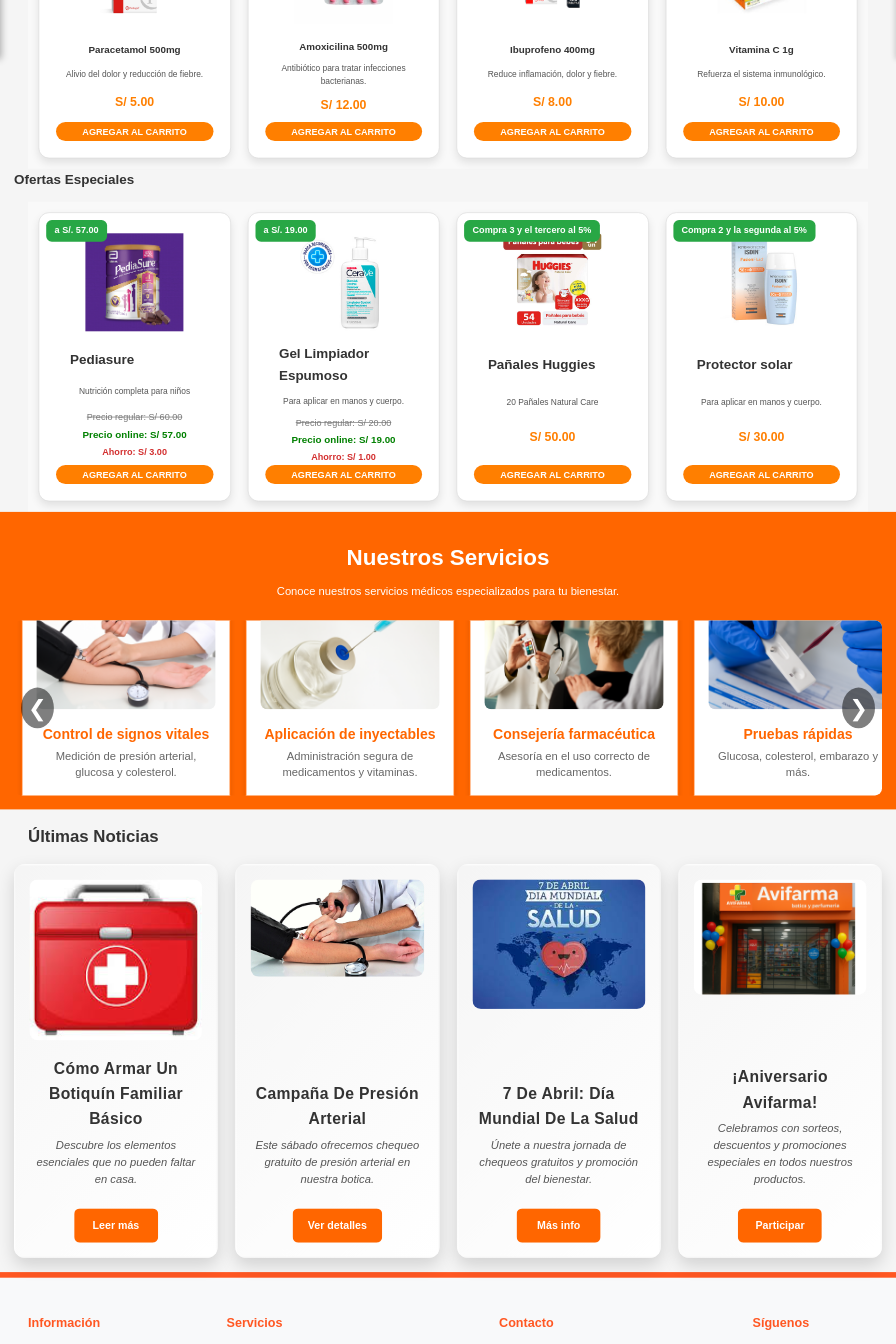
Repository: AVH75/avifarma-tienda
Page: index.html
An editor plug-in stored every save of this project. The page is shown before and after the next save, followed by the edit.
The browser window is 1280 px wide. The pictures show the part of the page from y = 635 to 2555 px (the page is 2798 px tall before and 2866 px after), at 70% of full size.

Above is the page before, as saved 2025-09-27 22:29:05.

### index.html
<!DOCTYPE html>
<html lang="es">

<head>
  <meta charset="UTF-8">
  <meta name="viewport" content="width=device-width, initial-scale=1.0">
  <title>Avifarma | Boticas y Farmacias - Salud y Bienestar</title>

  <!-- =========================
       SEO BÁSICO
  ========================= -->
  <meta name="description" content="Avifarma - Tu salud primero, siempre cerca de ti. Productos, servicios médicos y ofertas especiales.">
  <meta name="keywords" content="Avifarma, farmacia, botica, medicamentos, salud, productos farmacéuticos, Perú">
  <meta name="author" content="Bytsac.com">

  <!-- Favicon -->
  <link rel="icon" type="image/png" href="img/logo/favicon.png">

  <!-- Open Graph -->
  <meta property="og:title" content="Avifarma | Tu salud primero">
  <meta property="og:description" content="Descubre productos, servicios médicos y ofertas especiales en Avifarma.">
  <meta property="og:image" content="img/logo/Logo.png">
  <meta property="og:url" content="https://avifarma.com">
  <meta property="og:type" content="website">

  <!-- Twitter Card -->
  <meta name="twitter:card" content="summary_large_image">
  <meta name="twitter:title" content="Avifarma | Tu salud primero">
  <meta name="twitter:description" content="Descubre productos, servicios médicos y ofertas especiales en Avifarma.">
  <meta name="twitter:image" content="img/logo/Logo.png">

  <!-- Schema.org JSON-LD -->
  <script type="application/ld+json">
    {
      "@context": "https://schema.org",
      "@type": "Pharmacy",
      "name": "Avifarma",
      "image": "https://avifarma.com/img/logo/Logo.png",
      "url": "https://avifarma.com",
      "address": {
        "@type": "PostalAddress",
        "addressLocality": "Trujillo",
        "addressCountry": "PE"
      },
      "contactPoint": {
        "@type": "ContactPoint",
        "telephone": "+51 920165696",
        "contactType": "customer service"
      }
    }
  </script>

  <!-- =========================
       ARCHIVOS CSS
  ========================= -->
  <link rel="stylesheet" href="css/style.css?v=1.8">
</head>

<body>
  <!-- =========================
       🔹 FRANJA SUPERIOR (Marquee con promos)
  ========================= -->
  <div class="promo-bar" role="banner">
    <div class="marquee" aria-label="Promociones destacadas">
      <span> Desarrollamos tu paguina Web. contactanos en bytsac.com</span>
      <span>📦 Envíos gratis en compras mayores a S/ 99</span>
      <span>💊 Promoción válida hasta el 14 de septiembre</span>
    </div>
  </div>

  <div class="separador"></div>

  <!-- =========================
       🔹 TOP-BAR (COLOR NARANJA)
  ========================= -->
  <div id="top-bar" class="top-bar" style="height: 50px;">
    <!-- Contenedor vacío para mantener la franja visible -->
  </div>

  <div class="separator"></div>

  <!-- =========================
       🔹 HEADER PRINCIPAL
  ========================= -->

  <header class="header sticky" role="banner">
    <div class="main-header">

      <!-- 🔸 Menú hamburguesa y logo -->
      <div class="logo-menu-container">
        <!-- 🔸 Menú hamburguesa (izquierda) -->
        <button class="menu-toggle" id="menu-toggle" aria-label="Abrir menú de navegación" aria-controls="nav" aria-expanded="false">
          ☰
        </button>

        <!-- 🔸 Logo de Avifarma y nombre -->
        <div class="logo">
          <a href="index.html">
            <img src="img/logo/logo.jpeg" alt="Avifarma Logo" width="50" height="50" loading="lazy">
          </a>
          <h1>Avifarma</h1>
        </div>
      </div>

      <!-- 🔸 Buscador centrado -->
      <div class="buscador-container">
        <form role="search" class="search" action="buscar.html" method="get">
          <label for="buscador" class="sr-only"></label>
          <input type="search" name="q" id="buscador" placeholder="Buscar productos..." aria-label="Buscar productos">
          <button type="submit" aria-label="Buscar">🔍</button>
        </form>
      </div>

      <!-- 🔸 Acciones (Login y Carrito) -->
      <div class="acciones-header">
        <!-- Ingresar -->
        <a href="login.html">
          <img src="img/logo/login.png" alt="Imagen de inicio de sesión" style="width:50px;height:50px;">
        </a>

        <!-- Carrito -->
        <a href="#" id="abrir-carrito" class="carrito-icono" aria-label="Abrir carrito de compras">
          <img src="img/logo/carrito.png" alt="Carrito de compras" class="icono-img" width="32" height="32" loading="lazy">
          <span id="contador-carrito" class="contador">0</span>
        </a>
      </div>

    </div>
  </header>
<div id="nav" class="menu">
  <!-- Logo y nombre de la tienda -->
  <div id="logo-container">
    <img src="img/logo/logo.jpeg" alt="Avifarma Logo" id="logo">
    <h2>Avifarma</h2>
  </div>

  <!-- Botón de cerrar menú -->
  <span id="close-menu">❌</span>

  <ul>
    <li><a href="index.html">Inicio</a></li>
    <li><a href="#">Servicios</a></li>
    <li>
    <a href="#" onclick="toggleSubcategorias(event, this.closest('li'))">Categorías</a>
  <ul id="menu-categorias" style="display: none;">
    <!-- Las categorías se insertarán aquí mediante JS -->
      </ul>
    </li>
    <li><a href="#">Contacto</a></li>
  </ul>
</div>

<!-- Overlay para el menú (fondo oscuro) -->
<div id="overlay-menu"></div>

  <!-- =========================
       🔹 HERO CARRUSEL BANNERS (PROMOCIONES)
  ========================= -->
  <section class="promociones" aria-label="Banners promocionales">
    <div class="slider-container">
      <div class="slider" id="slider-banner"></div>
      <button class="prev" aria-label="Anterior">❮</button>
      <button class="next" aria-label="Siguiente">❯</button>
      <div class="dots-container" id="dots"></div>
    </div>
  </section>

  <!-- =========================
       🔹 PRODUCTOS DESTACADOS
  ========================= -->
  <main>
    <section class="productos">
      <h2 id="titulo-productos">Productos Destacados</h2>
      <div class="grid-productos" id="productos-grid"></div>
    </section>

    <aside class="ofertas" aria-label="Ofertas especiales">
      <h3 id="titulo-ofertas">Ofertas Especiales</h3>
      <p class="oferta-texto"></p>
      <div class="grid-ofertas" id="ofertas-grid"></div>
    </aside>
  </main>

  <!-- =========================
       🔹 SERVICIOS
  ========================= -->
  <section class="servicios">
    <h2 id="titulo-servicios">Nuestros Servicios</h2>
    <p>Conoce nuestros servicios médicos especializados para tu bienestar.</p>

    <div id="slider-servicios" class="slider-container">
      <div id="servicios-carousel" class="carousel-container">
        <!-- Tarjetas dinámicas -->
      </div>
      <button class="prev-servicio" aria-label="Anterior">❮</button>
      <button class="next-servicio" aria-label="Siguiente">❯</button>
      <div class="dots-servicios"></div>
    </div>
  </section>

  <!-- =========================
       🔹 NOVEDADES
  ========================= -->
  <section class="novedades">
    <h2 id="titulo-novedades">Últimas Noticias</h2>
    <div id="novedades-grid" class="grid"></div>
  </section>
<!-- =========================
       🔹 FOOTER
  ========================= -->
  <footer>
    <div class="footer-top">
      <div>
        <h3>Información</h3>
        <ul>
          <li><a href="#">Sobre nosotros</a></li>
          <li><a href="#">Políticas</a></li>
          <li><a href="#">Contacto</a></li>
        </ul>
      </div>
      <div>
        <h3>Servicios</h3>
        <ul>
          <li><a href="#">Servicios farmacéuticos</a></li>
          <li><a href="#">Distribución de medicamentos</a></li>
          <li><a href="#">Consultas farmacéuticas</a></li>
        </ul>
      </div>
      <div>
        <h3>Contacto</h3>
        <p>Email: <a href="mailto:info@avifarma.com">info@avifarma.com</a></p>
        <p>Tel: <a href="tel:+51 929 261 925">+51 929 261 925</a></p>
      </div>
      <!-- Redes Sociales -->
      <div>
        <h3>Síguenos</h3>
        <ul class="social-media">
          <li><a href="https://facebook.com/Botica Avifarma " target="_blank"><img src="img/redes/facebook.png" alt="Facebook" width="30" height="30"></a></li>
          <li><a href="https://twitter.com/avifarma" target="_blank"><img src="img/redes/twitter.png" alt="Twitter" width="30" height="30"></a></li>
          <li><a href="https://instagram.com/avifarma" target="_blank"><img src="img/redes/instagram.png" alt="Instagram" width="30" height="30"></a></li>
          <li><a href="https://linkedin.com/company/avifarma" target="_blank"><img src="img/redes/linkedin.jpg" alt="LinkedIn" width="30" height="30"></a></li>
        </ul>
      </div>
    </div>
    <div class="footer-bottom">
      <p>© 2025 Avifarma. Tu botica de confianza. Desarrollado por <a href="https://bytsac.com" target="_blank" rel="noopener">Bytsac.com</a>.</p>
    </div>
  </footer>

  <div id="overlay-carrito"></div>

<!-- =========================
       🔹 SIDEBAR LATERAL (CARRITO LATERAL)
========================== -->
<div id="carrito-sidebar" class="carrito-sidebar" aria-hidden="true">
  <div class="carrito-header">
    <!-- Icono del carrito dentro del encabezado, junto al título -->
    <a href="#" id="abrir-carrito" class="carrito-icono" aria-label="Abrir carrito de compras">
      <img src="img/logo/carrito.png" alt="Carrito de compras" class="icono-img" width="32" height="32" loading="lazy">
    </a>
    <h2>Carrito</h2>
    <button class="cerrar-carrito" onclick="cerrarCarrito()" aria-label="Cerrar carrito">×</button>
  </div>

  <div id="carrito-items" class="productos-carrito">
    <!-- Ejemplo producto -->
    <div class="producto-card">
      <img src="img/productos/product box.jpg" alt="Producto">
      <div class="producto-info">
        <h3>Nombre del Producto</h3>
        <p class="precio">S/ 20.00</p>
        <div class="acciones">
          <button class="cantidad">-</button>
          <span>1</span>
          <button class="cantidad">+</button>
          <button class="eliminar">🗑</button>
        </div>
      </div>
    </div>
  </div>

    <div class="carrito-footer">
      <div class="resumen-linea">
        <span>Subtotal</span>
        <span id="subtotal">S/ 0.00</span>
      </div>
      <div class="resumen-linea">
        <span>Costo de envío</span>
        <span id="costo-envio">--</span>
      </div>
      <div class="resumen-linea">
        <span>Descuento por volumen</span>
        <span id="descuento-volumen">S/ 0.00</span>
      </div>
      <div class="resumen-linea">
        <span>Descuento directo</span>
        <span id="descuento-directo">S/ 0.00</span>
      </div>
      <div class="resumen-linea ahorro">
        <span>Ahorro total</span>
        <span id="ahorro-total">S/ 0.00</span>
      </div>

      <hr>

      <div class="resumen-total">
        <span>Total</span>
        <span id="total">S/ 0.00</span>
      </div>

      <p class="nota-envio">El costo de envío no está incluido en el total.</p>

      <div class="cart-buttons">
        <button id="ir-a-pagar" class="btn-primary" onclick="comprarAhora()">Comprar ahora por WhatsApp</button>
        <a href="carrito.html" id="ver-carrito" class="btn-secundario">Ver carrito</a>
      </div>
    </div>
  </div>

  <script src="js/menu.js?v=1.8" defer></script>
  <script src="js/carrito.js?v=1.8" defer></script>
  <script src="js/render-catalogo.js?v=1.8" defer></script>
</body>
</html>

Loaded but not shown: productos.json (254 lines, source omitted); js/render-catalogo.js (496 lines, source omitted); js/carrito.js (421 lines, source omitted); js/menu.js (132 lines, source omitted); css/style.css (1775 lines, source omitted)

After the next save:
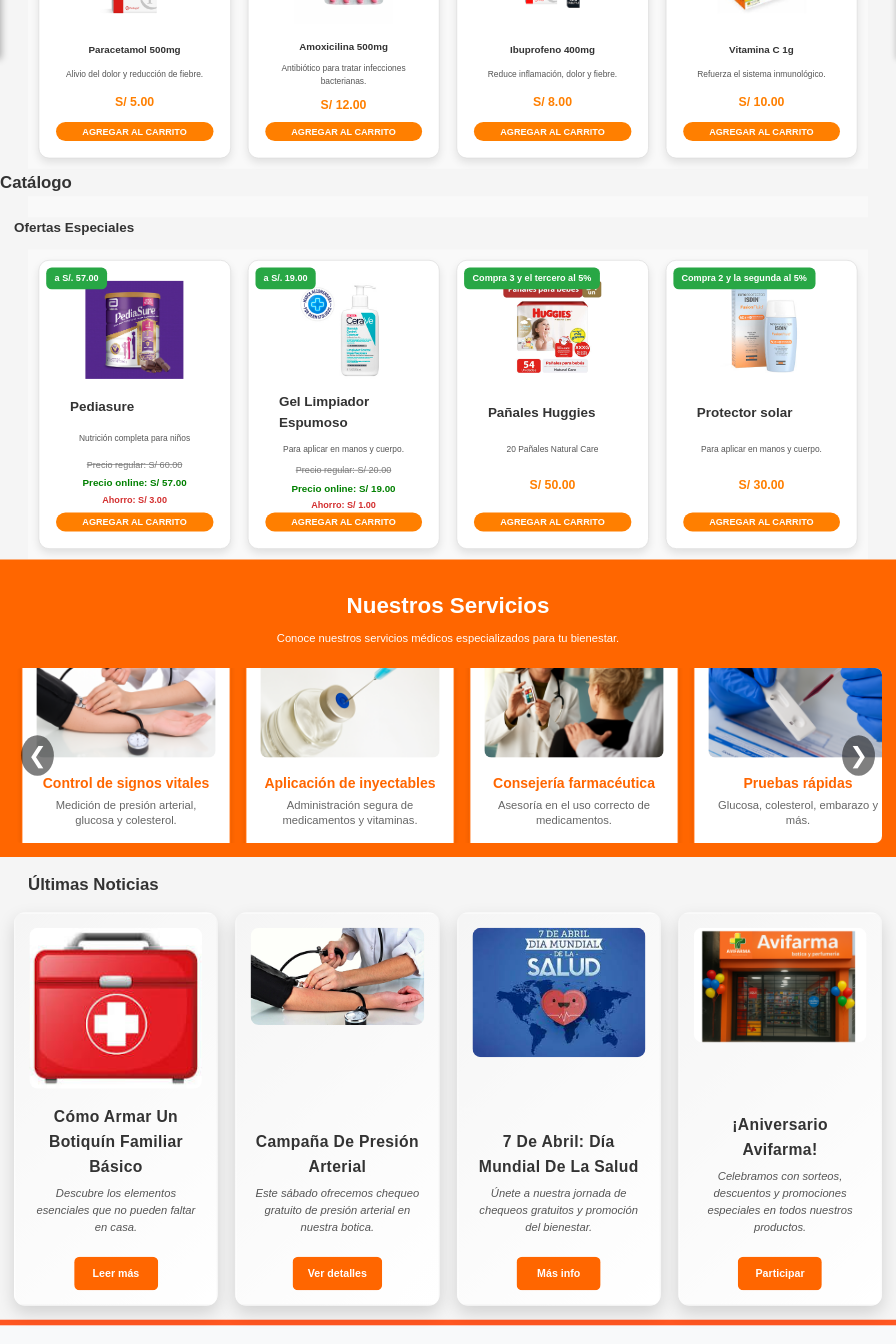
Saved 23 min 28 s later.
--- a/index.html
+++ b/index.html
@@ -165,21 +165,28 @@
     </div>
   </section>
 
-  <!-- =========================
-       🔹 PRODUCTOS DESTACADOS
-  ========================= -->
-  <main>
-    <section class="productos">
-      <h2 id="titulo-productos">Productos Destacados</h2>
-      <div class="grid-productos" id="productos-grid"></div>
-    </section>
-
-    <aside class="ofertas" aria-label="Ofertas especiales">
-      <h3 id="titulo-ofertas">Ofertas Especiales</h3>
-      <p class="oferta-texto"></p>
-      <div class="grid-ofertas" id="ofertas-grid"></div>
-    </aside>
-  </main>
+<!-- =========================
+     🔹 PRODUCTOS DESTACADOS
+========================= -->
+<main>
+  <section class="productos">
+    <h2 id="titulo-productos">Productos Destacados</h2>
+    <div class="grid-productos" id="productos-grid"></div>
+  </section>
+
+  <!-- 🔹 CATÁLOGO (se llena al elegir categoría o subcategoría) -->
+  <section class="catalogo">
+    <h2 id="titulo-catalogo">Catálogo</h2>
+    <div id="catalogo" class="grid-productos"></div>
+  </section>
+
+  <aside class="ofertas" aria-label="Ofertas especiales">
+    <h3 id="titulo-ofertas">Ofertas Especiales</h3>
+    <p class="oferta-texto"></p>
+    <div class="grid-ofertas" id="ofertas-grid"></div>
+  </aside>
+</main>
+
 
   <!-- =========================
        🔹 SERVICIOS
